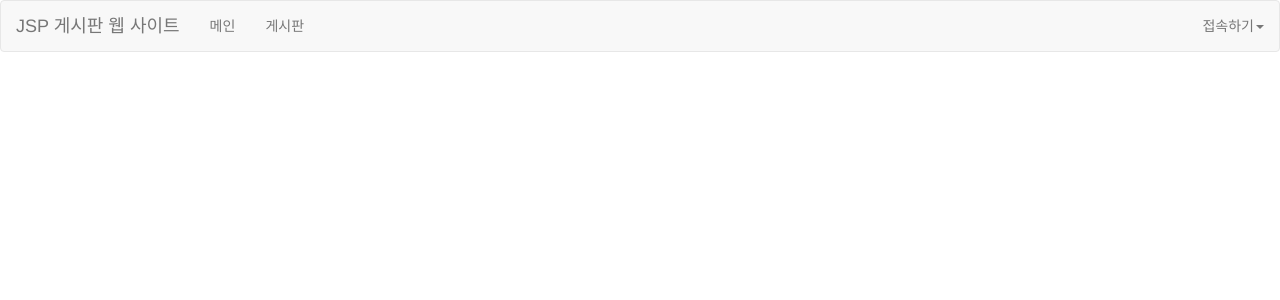
Repository: winter9388/JSP_BBS
Page: http://localhost/BBS/bbs.jsp
An editor plug-in stored every save of this project. The page is shown before and after the next save, followed by the edit.
The browser window is 1280 px wide. The pictures show the whole page.
Some web libraries are served in a nearby version. The page is served by Tomcat 9. Other server files are loaded and not shown.

Above is the page before, as saved 2022-08-11 03:41:04.

### BBS/src/main/webapp/bbs.jsp
<%@ page language="java" contentType="text/html; charset=UTF-8"
    pageEncoding="UTF-8"%>
<!DOCTYPE html>
<html>
<head>
<meta charset="UTF-8">
<meta name="viewport" content="width=device-width", initial-scale="1">
<link rel="stylesheet" href="css/bootstrap.css">
<title>JSP 게시판 웹 사이트</title>
</head>
<body>
	<nav class="navbar navbar-default">
		<div class="navbar-header">
			<button type="button" class="navbar-toggle collapsed"
				data-toggle="collpse" data-target="#bs-example-navbar-collapse-1"
				aria-expanded="false">
				<span class="icon-bar"></span>
				<span class="icon-bar"></span>
				<span class="icon-bar"></span>
			</button>
			<a class="navbar-brand" href="main.jsp">JSP 게시판 웹 사이트</a>
		</div>
		<div class="collapse navbar-collapse" id="bs-example-navbar-collapse-1">
			<ul class="nav navbar-nav">
				<li><a href="main.jsp">메인</a></li>
				<li><a href="bbs.jsp">게시판</a></li>
			</ul>
			<ul class="nav navbar-nav navbar-right">
				<li class="dropdown">
					<a href="#" class="dropdown-toggle"
						data-toggle="dropdown" role="button" aria-haspopup="true"
						aria-expanded="false">접속하기<span class="caret"></span></a>
					<ul class="dropdown-menu">
						<li class="active"><a href="login.jsp">로그인</a></li>
						<li><a href="join.jsp">회원가입</a></li>
					</ul>
				</li>
			</ul>
		</div>
	</nav>
	<div class="container">
		<div class="col-lg-4"></div>
		<div class="col-lg-4">

		</div>
		<div class="col-lg-4"></div>
	</div>

	<script src="https://code.jquery.com/jquery-3.1.1.min.js"></script>
	<script src="js/bootstrap.js"></script>
</body>
</html>

Loaded but not shown: BBS/src/main/webapp/css/bootstrap.css (library); BBS/src/main/webapp/js/bootstrap.js (library)

After the next save:
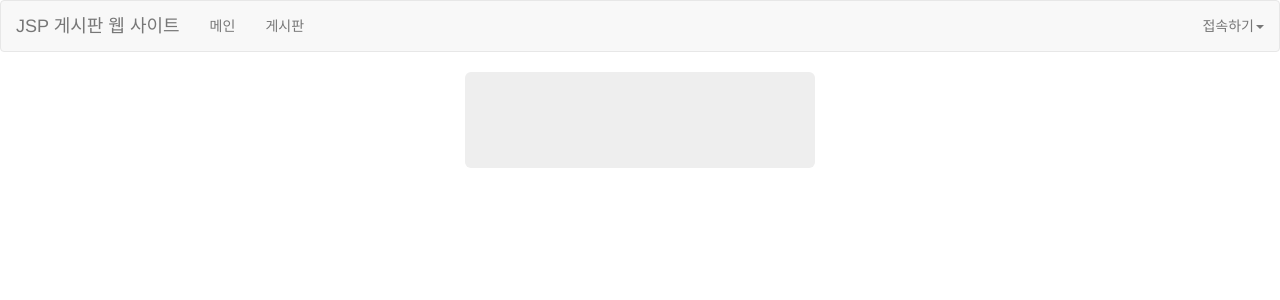
Saved 36 s later.
--- a/BBS/src/main/webapp/bbs.jsp
+++ b/BBS/src/main/webapp/bbs.jsp
@@ -41,7 +41,7 @@
 	<div class="container">
 		<div class="col-lg-4"></div>
 		<div class="col-lg-4">
-
+			<div class="jumbotron" style="paddind-top:20px">
 		</div>
 		<div class="col-lg-4"></div>
 	</div>
